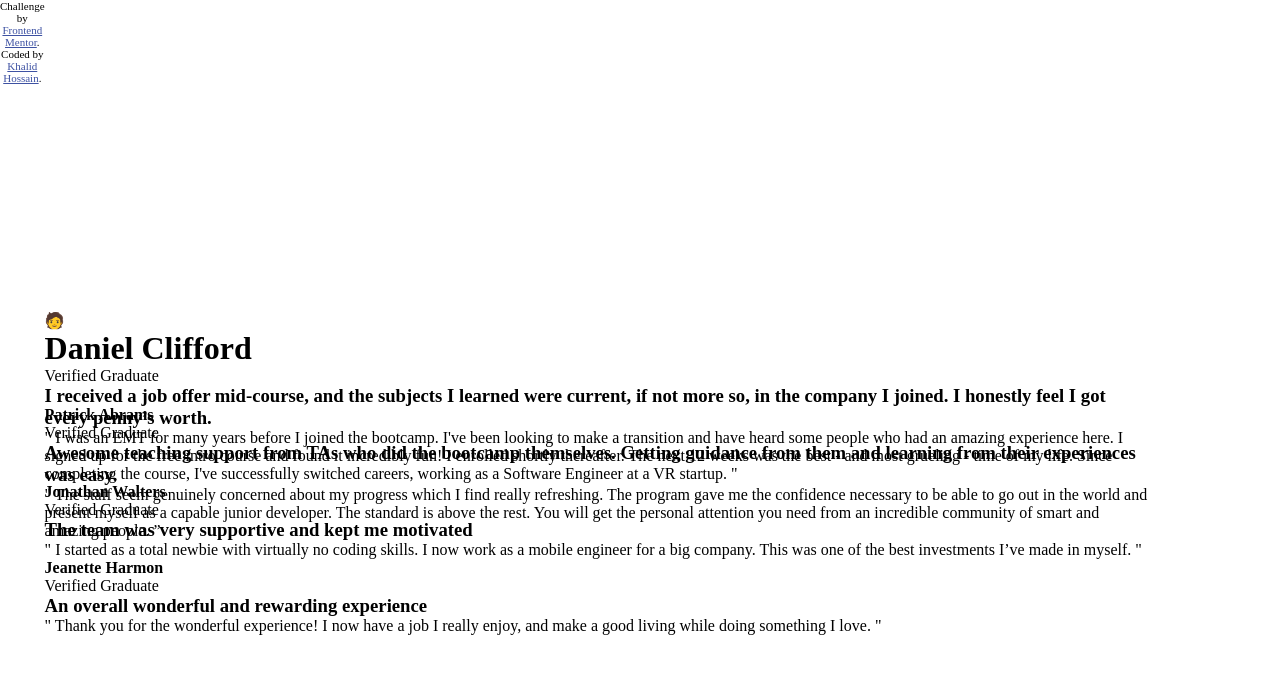
Repository: badhon252/Testimonials-Grid-Section
Page: index.html
These files come from the project's save history. The page is drawn as it stood at one moment and after the next save; the edit follows.
The browser window is 1280 px wide. The pictures show the whole page.

Above is the page before, as saved 2023-02-18 15:38:14.

### index.html
<!DOCTYPE html>
<html lang="en">

<head>
    <meta charset="UTF-8">
    <meta name="viewport" content="width=device-width, initial-scale=1.0">
    <!-- displays site properly based on user's device -->

    <link rel="icon" type="image/png" sizes="32x32" href="./images/favicon-32x32.png">
    <link rel="stylesheet" href="./css/style.css">
    <title>Frontend Mentor | Testimonials grid section</title>

</head>

<body>

    <div class="container">

        <div class="box box1">
            <div class="heading">
                <span>🧑</span>
                <div>
                    <h1 class="name">Daniel Clifford</h1>
                    <p>Verified Graduate</p>
                </div>
            </div>

            <h3>I received a job offer mid-course, and the subjects I learned were current, if not more so, in the company I joined. I honestly feel I got every penny’s worth.</h3>
            <p>" I was an EMT for many years before I joined the bootcamp. I've been looking to make a transition and have heard some people who had an amazing experience here. I signed up for the free intro course and found it incredibly fun! I enrolled
                shortly thereafter. The next 12 weeks was the best - and most grueling - time of my life. Since completing the course, I've successfully switched careers, working as a Software Engineer at a VR startup. "</p>

            <div class="box box2">
                <h4>Jonathan Walters</h4>
                <p>Verified Graduate</p>
                <h3>The team was very supportive and kept me motivated</h3>
                <p>" I started as a total newbie with virtually no coding skills. I now work as a mobile engineer for a big company. This was one of the best investments I’ve made in myself. "</p>
            </div>

            <div class="box box3">
                <h4>Jeanette Harmon</h4>
                <p>Verified Graduate</p>
                <h3>An overall wonderful and rewarding experience</h3>
                <p>" Thank you for the wonderful experience! I now have a job I really enjoy, and make a good living while doing something I love. "</p>
            </div>



        </div>
        <div class="box box4">
            <h4>Patrick Abrams</h4>
            <p>Verified Graduate</p>
            <h3>Awesome teaching support from TAs who did the bootcamp themselves. Getting guidance from them and learning from their experiences was easy.</h3>
            <p>" The staff seem genuinely concerned about my progress which I find really refreshing. The program gave me the confidence necessary to be able to go out in the world and present myself as a capable junior developer. The standard is above the
                rest. You will get the personal attention you need from an incredible community of smart and amazing people. ”
            </p>
        </div>


        <div class="attribution">
            Challenge by <a href="https://www.badhon252.me" target="_blank">Frontend Mentor</a>. Coded by <a href="#">Khalid
        Hossain</a>.
        </div>
</body>

</html>

### css/style.css
* {
    margin: 0;
    padding: 0;
    box-sizing: border-box;
}

body {
    height: 98vh;
}

.container {
    max-height: 90%;
    max-width: 90%;
    display: grid;
    place-items: center;
    grid-template-columns: 2fr 1fr 1fr;
    grid-template-rows: 1fr 2fr 1fr;
    /* grid-template-areas: 'box1 box1 box2 box3' 'box4 box5 box5 box3'; */
}

.box1 {
    grid-area: box1;
}

.box2 {
    grid-area: box2;
}

.box3 {
    grid-area: box3;
}

.box4 {
    grid-area: box4;
}

.box5 {
    grid-area: box5;
}

.attribution {
    font-size: 11px;
    text-align: center;
}

.attribution a {
    color: hsl(228, 45%, 44%);
}

After the next save:
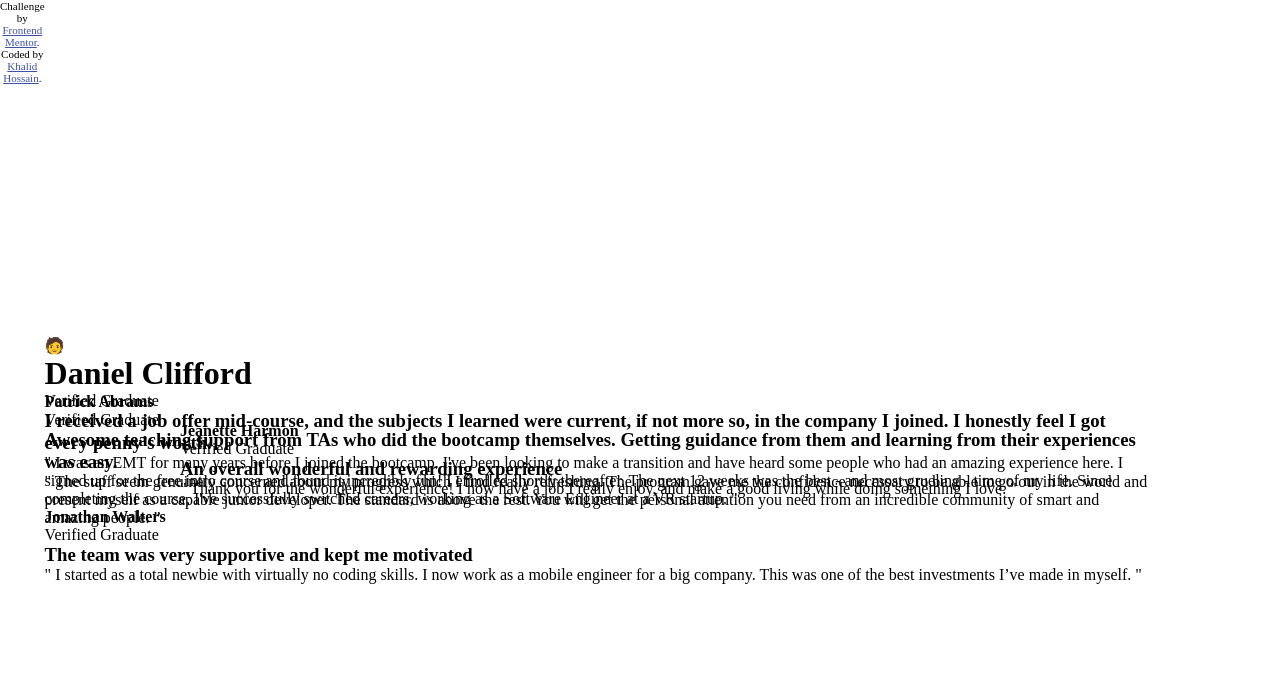
Saved 9 s later.
--- a/index.html
+++ b/index.html
@@ -36,15 +36,14 @@
                 <p>" I started as a total newbie with virtually no coding skills. I now work as a mobile engineer for a big company. This was one of the best investments I’ve made in myself. "</p>
             </div>
 
-            <div class="box box3">
-                <h4>Jeanette Harmon</h4>
-                <p>Verified Graduate</p>
-                <h3>An overall wonderful and rewarding experience</h3>
-                <p>" Thank you for the wonderful experience! I now have a job I really enjoy, and make a good living while doing something I love. "</p>
-            </div>
 
 
-
+        </div>
+        <div class="box box3">
+            <h4>Jeanette Harmon</h4>
+            <p>Verified Graduate</p>
+            <h3>An overall wonderful and rewarding experience</h3>
+            <p>" Thank you for the wonderful experience! I now have a job I really enjoy, and make a good living while doing something I love. "</p>
         </div>
         <div class="box box4">
             <h4>Patrick Abrams</h4>
